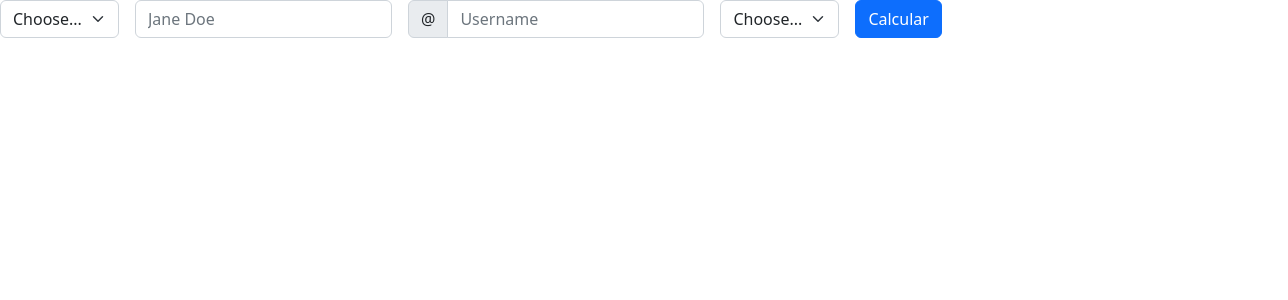
Repository: JuniorMagalhaesDeAlcantara/Fale-Mais
Page: falemais/src/main/resources/templates/index.html
An editor plug-in stored every save of this project. The page is shown before and after the next save, followed by the edit.
The browser window is 1280 px wide. The page is 1288 px wide, so the pictures cover 1288 px, including what lies to the right of the window. The pictures show the whole page.

Above is the page before, as saved 2022-08-03 17:19:01.

### falemais/src/main/resources/templates/index.html
<!DOCTYPE html>
<html lang="pt-br">
<head>
    <meta charset="UTF-8">
    <meta http-equiv="X-UA-Compatible" content="IE=edge">
    <meta name="viewport" content="width=device-width, initial-scale=1.0">

    <!-- CSS only -->
<link href="https://cdn.jsdelivr.net/npm/bootstrap@5.2.0/dist/css/bootstrap.min.css" rel="stylesheet" integrity="sha384-gH2yIJqKdNHPEq0n4Mqa/HGKIhSkIHeL5AyhkYV8i59U5AR6csBvApHHNl/vI1Bx" crossorigin="anonymous">

    <title>Fale Mais</title>
</head>
<body>
    <form class="row gy-2 gx-3 align-items-center">
        <div class="col-auto">
            <label class="visually-hidden" for="autoSizingSelect">DDD Origem</label>
            <select class="form-select" id="autoSizingSelect">
              <option selected>Choose...</option>
              <option value="1">11</option>
              <option value="2">16</option>
              <option value="3">17</option>
              <option value="3">17</option>
            </select>
          </div>
        <div class="col-auto">
          <label class="visually-hidden" for="autoSizingInput">Name</label>
          <input type="text" class="form-control" id="autoSizingInput" placeholder="Jane Doe">
        </div>
        <div class="col-auto">
          <label class="visually-hidden" for="autoSizingInputGroup">Username</label>
          <div class="input-group">
            <div class="input-group-text">@</div>
            <input type="text" class="form-control" id="autoSizingInputGroup" placeholder="Username">
          </div>
        </div>
        <div class="col-auto">
          <label class="visually-hidden" for="autoSizingSelect">Preference</label>
          <select class="form-select" id="autoSizingSelect">
            <option selected>Choose...</option>
            <option value="1">One</option>
            <option value="2">Two</option>
            <option value="3">Three</option>
          </select>
        </div>

        <div class="col-auto">
          <button type="submit" class="btn btn-primary">Calcular</button>
        </div>
      </form>
</body>
</html>

After the next save:
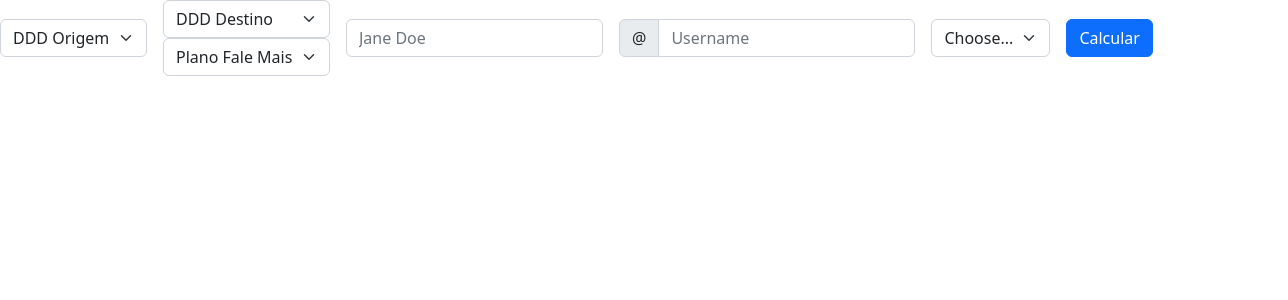
Saved 2 min 15 s later.
--- a/falemais/src/main/resources/templates/index.html
+++ b/falemais/src/main/resources/templates/index.html
@@ -15,12 +15,31 @@
         <div class="col-auto">
             <label class="visually-hidden" for="autoSizingSelect">DDD Origem</label>
             <select class="form-select" id="autoSizingSelect">
-              <option selected>Choose...</option>
+              <option selected>DDD Origem</option>
               <option value="1">11</option>
               <option value="2">16</option>
               <option value="3">17</option>
               <option value="3">17</option>
             </select>
+          </div>
+          <div class="col-auto">
+            <label class="visually-hidden" for="autoSizingSelect">DDD Destino</label>
+            <select class="form-select" id="autoSizingSelect">
+              <option selected>DDD Destino</option>
+              <option value="1">11</option>
+              <option value="2">16</option>
+              <option value="3">17</option>
+              <option value="3">17</option>
+            </select>
+            <div class="col-auto">
+                <label class="visually-hidden" for="autoSizingSelect">Plano</label>
+                <select class="form-select" id="autoSizingSelect">
+                  <option selected>Plano Fale Mais</option>
+                  <option value="1">Fale Mais 30</option>
+                  <option value="2">Fale Mais 60</option>
+                  <option value="3">Fale Mais 120</option>
+                </select>
+              </div>
           </div>
         <div class="col-auto">
           <label class="visually-hidden" for="autoSizingInput">Name</label>
